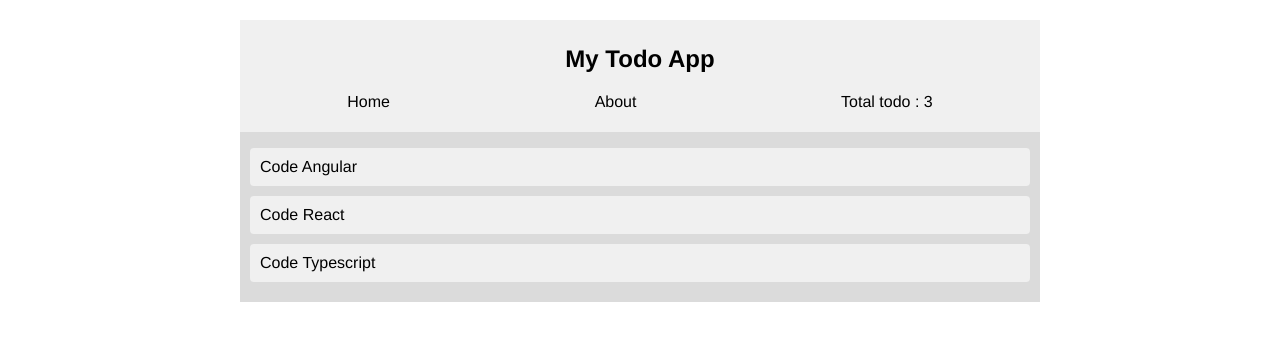
Repository: DTien93/Todo-Typescript
Page: / (app in my-app/)
An editor plug-in stored every save of this project. The page is shown before and after a run of saves, followed by the edit.
The browser window is 1280 px wide. The pictures show the whole page.
The project was rebuilt for these pictures with package versions that can differ from the ones it lists, and the page was loaded fresh each time. Imported but missing from the stored project, and not drawn on this page: my-app/src/serviceWorker.

Above is the page before, as saved 2021-10-16 18:07:07.

After the next 2 saves:
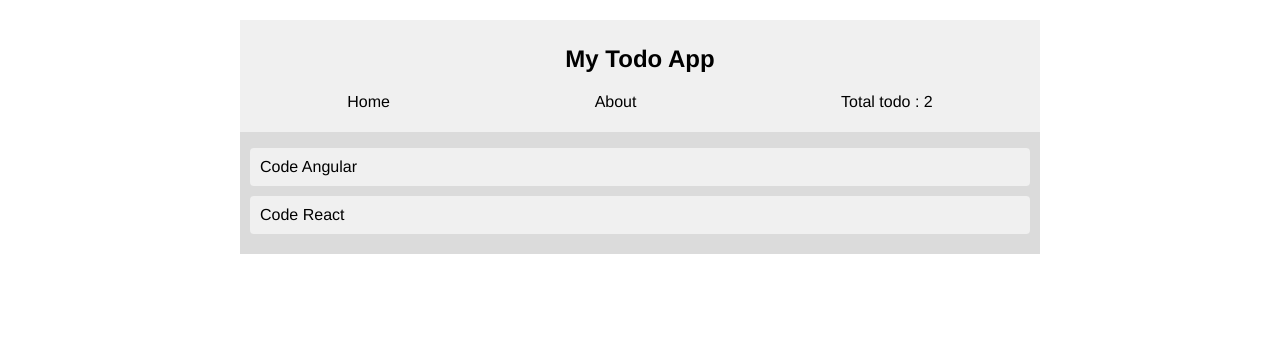
The 2 saves are shown as one change because they came seconds apart.
The last was saved 9 s later.
--- a/my-app/src/store/index.ts
+++ b/my-app/src/store/index.ts
@@ -16,10 +16,6 @@
             id: 2,
             title: 'Code React'
         },
-        {
-            id: 3,
-            title: 'Code Typescript'
-        }
     ]
 }
 export const todoSlice = createSlice({

After the save that followed:
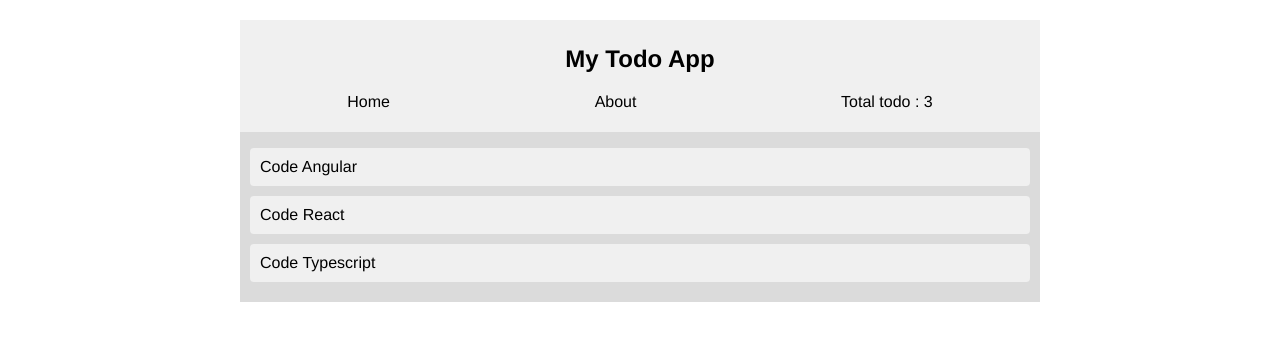
Saved 5 s later.
--- a/my-app/src/store/index.ts
+++ b/my-app/src/store/index.ts
@@ -16,6 +16,10 @@
             id: 2,
             title: 'Code React'
         },
+        {
+            id: 3,
+            title: 'Code Typescript'
+        }
     ]
 }
 export const todoSlice = createSlice({
